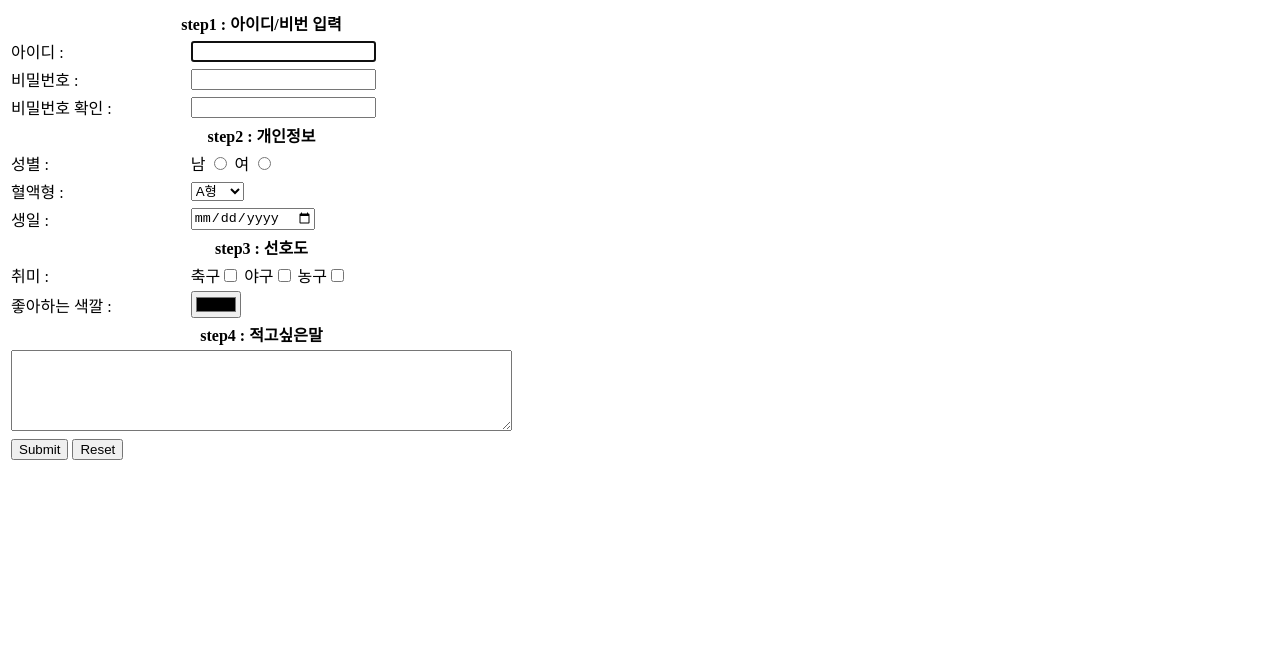
Repository: songhak1226/Web_Server
Page: Ex02GetPost/src/main/webapp/Ex04Join.html
The author's editor kept a copy of each file at every save. The page is drawn from the files as they stood at one save, then again after the next save.
The browser window is 1280 px wide. The pictures show the whole page.

Above is the page before, as saved 2023-05-12 07:24:00.

After the next save:
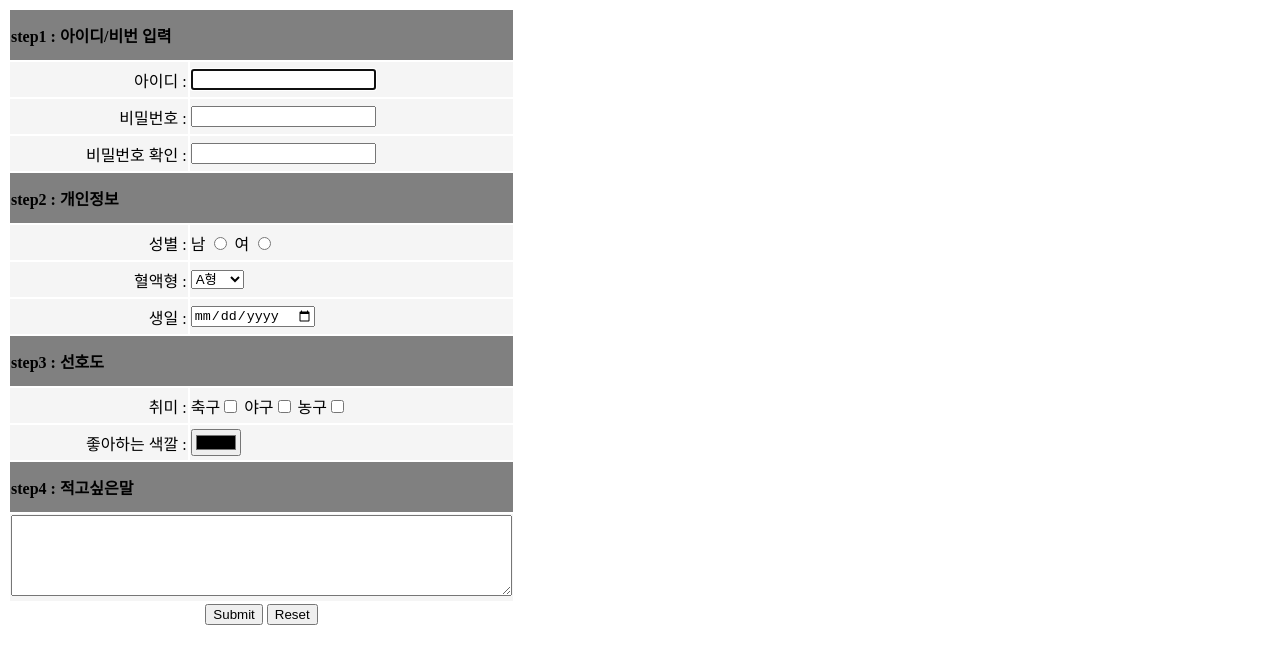
Saved 83 s later.
--- a/Ex02GetPost/src/main/webapp/Ex04Join.html
+++ b/Ex02GetPost/src/main/webapp/Ex04Join.html
@@ -3,6 +3,31 @@
 <head>
 <meta charset="UTF-8">
 <title>Insert title here</title>
+<style>
+        table{
+            width: 400px;
+        }
+
+        .tr1{
+            height: 50px;
+            background-color: gray;
+            text-align: left;
+
+        }
+
+        .tr2{
+            height: 35px;
+            background-color: whitesmoke;
+        }
+
+        .td1{
+            text-align: right;
+        }
+
+        .td2{
+            text-align: center;
+        }
+    </style>
 </head>
 <body>
 	<form action="Ex04" method="get">
